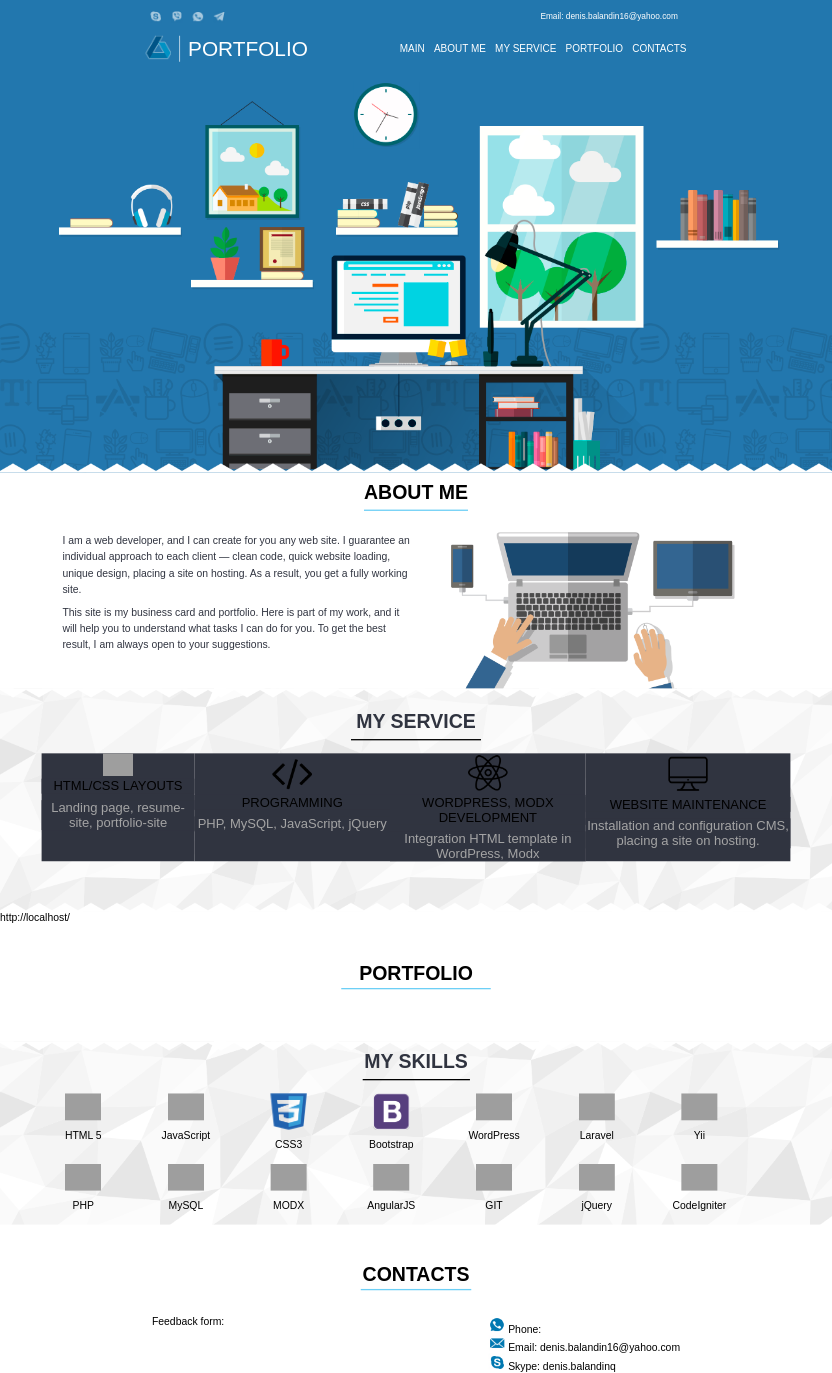
Repository: DenisBalandin/Portfolio
Page: /
An editor plug-in stored every save of this project. The page is shown before and after the next save, followed by the edit.
The browser window is 1280 px wide. The pictures show the whole page, at 65% of full size.
Pictures or frames that could not be fetched are drawn as grey boxes. The page's requests for data from a server got no answer. The project was rebuilt for these pictures with package versions that can differ from the ones it lists, and the page was loaded fresh each time. No one was signed in, and anything a server would have sent is missing. Also part of the build but not shown: src/ItemPage.js.

Above is the page before, as saved 2020-03-07 13:02:51.

### src/App.js
import React from 'react';
import './style.scss';
import ItemPage from './ItemPage';
import Home from './Home';
import Header from './Header';


import {BrowserRouter as Router,Route, Link} from 'react-router-dom';

function App(){
  return (
    <Router>
      <Header/>
      <Route exact path="/pageitem" component={ItemPage} />

      <Route exact path="/pageitem/:itemid" component={ItemPage} />
      <Route exact path="/" component={Home} />
    </Router>
  );
}

export default App;

### src/style.scss
*{padding: 0; margin: 0;}
body{font-family: Arial; min-width: 500px; }
a{text-decoration: none; color: #FFFFFF; text-decoration: none;}
li{list-style: none;}

/* Heder */
#first_page_bg{
    width:100%;
    height: 70%;
    background: #2277ae;
    header{
        width: 65%;
        margin: 0 auto 0 auto;
        .up_menu_links{
            display: flex;
            justify-content: space-between;
           padding: 2% 0 0 0;
            .social_link{
                width: 30%;
                a{

                    img{
                        width: 7%;
                    }
                    margin: 0 3% 0 3%;
                }
            }
            .email_heder{
                 width: 30%;
                margin: 0 1.5% 0 0;
                a{
                    // display: flex;
                    .email_icon{
                        // width: 15%;
                        // width: 100%;
                        img{
                            width: 100%;
                            // position: absolute;
                            margin: 0 0 0 -2%;
                            // height: 100%;
                        }
                    }
                    div{
                        margin: 0.3% -2% 0 15%;
                        font-size: 1.0vw;
                    }
                }
            }
        }
        menu{
            margin:2% 0 5% 0;
            display: flex;
            justify-content: space-between;
            flex-wrap: wrap;
            width: 100%;
            .logo{
                width: 30%;
                display: flex;
                height: 100%;
                img{
                   width: 100%;
                //    height: 100%;
                //    margin: 5% 0 0% 0;
                }
                .company_name{
                    margin: auto;
                    margin: 0% 0 0 5%;
                    // height: 90%;
                    padding: 0 0 0 5%;
                    border-left: #FFFFFF 1px solid;
                    font-size: 2.5vw;
                    // height: 100%;
                    display: table;
                    a{
                        vertical-align: middle;
                    }
                }
            }
            .menu_heder{
                padding: 1.2% 0 0 0;
                width: 53%;
                display: flex;
                justify-content: space-between;
                div{
                    display: table;
                    a{
                        font-size: 1.2vw;
                        vertical-align: middle;

                    }
                    a:hover{
                        text-decoration: underline;
                    }
                }
            }
        }
    }
}
/*Heder end*/

/*Page*/
#first_page_bg_single{ width: 100%; height: 195px; background: #2277ae; padding:0px 0 0 0; overflow: hidden;}
.bg_page_insaide_page{width: 100%; background: url("img/pattop1.png") repeat-x; height: 230px; position: relative; z-index:5;}
.deltatop_page_page{width: 100%; background: url("img/deltatop.png") repeat-x; height: 14px; position: relative; z-index: 20; margin: -13px 0 0 0;}
#content_page{
    max-width: 1200px;
    margin: 30px auto 0px auto;
    display: flex;
    flex-wrap: wrap;
    flex-direction: row;
    justify-content: space-around;
}
.content_pageh1{
    font-size: 30px;
    text-transform: uppercase;
    text-align: center;
    font-weight: bold;
    position: relative;
    margin-bottom: 30px;
    color:#303440;
    text-decoration: underline;
    padding: 40px 0 10px 0;
}
#content_page img{
    width: 100%;
    height: auto;
}
/*Page end*/
.order_site{float: right; margin: 15px 0 0 20px; width: 178px; height: 30px; border: 1px solid #6ca6cd; text-align: center; color: #ffffff; padding: 10px 0 0 0; font-size: 14px; box-shadow: 9px 8px 4px -7px #2277ae; }
.order_site:hover{background: #0298cc; cursor: pointer;}
.company_name{
    color: #ffffff;
    font-size: 45px;
    margin: -10px 0 0 15px;
}
.company_name a{color: #FFFFFF;}
.company_name a:hover{color: #FFFFFF; text-decoration: none;}
.logo_border{
    width: 1px; height: 50px; background: #FFFFFF; margin: 0 10px 0 25px;
}
.content_description{
    max-width: 750px;
    height: 60px;
    float: left;
    font-size: 14px;
    color: #303440;
    margin: 0 0px 0 0;
}
.tools{ font-size: 15px; color: #303440; padding: 0 0 0 0px; }
.content_link{font-size: 15px; color: #303440; margin:0px 0 20px 0;}
.content_link a{color: #303440; text-decoration: underline;}
.content_link a:hover{text-decoration: none;}
.content_text{
    width: 80%;
    background: #fff;
    border: 1px solid #59759b;
    overflow: hidden;
    margin: 0 auto 0 auto;
}
.content_text img{
    width: 100%!important;
    height: 50%!important;
}
.web_line{ background:url("img/web_line.jpg")no-repeat;  display: inline-block; height: 69px; max-width: 1150px; margin: 0 0 -5px 0; border-right: 1px solid #59759b; border-left: 1px solid #59759b; border-top: 1px solid #59759b;}
.content_url{float: left; margin: 40px 0 0 160px;}
.content_url a{color: #585353;}
/*Links end*/
.flex-container {
    display: flex;
    flex-direction:  row-reverse;
}
/*Top Menu*/
.heder_menu{
    display: flex;
}
.top_menu{
    margin: 20px 0;
    display: flex;
    flex-direction:row;
}
/*Page bg*/
.page_bg{
    margin: -10px auto 0 auto;
}
.bg_page_insaide{width: 100%; background: url("img/pattop.png") repeat-x;  position: relative; z-index:5; background-position: bottom;
    display: flex;
    flex-direction: column;
}
.bg_page_insaide_single{width: 100%; margin: 15px 0 0 0; background: url("img/pattop.png") repeat-x; height: 130px; position: relative; z-index:5;}
.deltatop_page{width: 100%; background: url("img/deltatop.png") repeat-x; height: 14px; position: relative; z-index: 20; margin: -14px 0 0 0;}
/*Page bg end*/

/*About me*/
#about_me{
    width: 85%;
    margin:  1% auto 0% auto;
    h1{
        font-size: 30px;
        text-transform: uppercase;
        margin: 0 auto 2% auto;
        font-weight: bold;
        position: relative;
        border-bottom: 2px solid #6dcff6;
        width: 160px;
        padding: 0 0 10px 0;
    }
    .about_me_content{
    display: inline-block;
    height: 40%!important;

        p{
            box-sizing: border-box;
            font-size: 20px "Roboto";
            line-height: 25px;
            color: #303440; margin: 1% 0 1% 0;
        }
        img{
            // width: 30%;
            padding: 0 5% 0 5%;
            margin: 0 0 0% 0;

        }
    }
}
/*About me end*/

/*My Service*/
#my_service_bg{
    height: 100%;
    background: url("img/bgdelta.png") repeat-x;
    h3{
        font-size: 30px;
        text-transform: uppercase;
        font-weight: bold;
        color: #303440;
        width: 200px;
        text-align: center;
        margin: 20px auto 20px auto;
        border-bottom: 2px #000000 solid;
        padding: 0 0 10px 0;
    }
    .my_service_line_top{
        width: 100%;
        height: 14px;
        background: url("img/deltabottom.png") repeat-x;
    }
    .my_service_line_bottom{
        width: 100%;
        height: 14px;
        background: url("img/deltatop.png") repeat-x;
    }
    #my_service{
        width: 90%;
        margin: 0px auto 5% auto;
        display: flex;
        // flex-wrap: wrap;
         justify-content: space-between;

        div{
            background: #303440;

            text-align: center;

            // width: 30%;
            img{
                width: 20%;
                // margin:  0 auto 0 auto;
            }
            .text_1{
                text-align: center;
                // padding: 0 25px 0 25px;
                font-size: 20px;
            }
            .text_2{
                text-align: center;
                // padding: 0 25px 0 25px;
                color:#a4a4a4;
                font-size: 20px;
                // width: 300px;
            }
        }
    }
}


/*My service end*/

/*Portfolio*/
#portfolio{
    max-width: 1200px;
    margin: 0 auto 40px auto;
    display: flex;
    flex-direction:row;
    flex-wrap: wrap;
    justify-content: center;
}
.portfolioh3{
    font-size: 30px;
    text-transform: uppercase;
    text-align: center;
    font-weight: bold;
    position: relative;
    border-bottom: 2px solid #6dcff6;
    width: 230px;
    margin: 60px auto 40px auto;
    padding: 0 0 5px 0;
}
#portfolio .portfolioblock{
    border: 1px solid #bfd2e1;
    width: 368px;
    margin: 10px;
    box-shadow: 5px 5px 4px -5px #000000;
}
#portfolio div img{
    margin: -12px 0 0px 0;
    display: inline-block;
}
.p_name{
    background:#2d7eb2;
    text-align: center;
    height: 40px;
    opacity: 0.8;
    padding: 2px 20px;
    margin: 0 auto 0 auto;
}
.p_name a{
    font-size: 20px;
    color: #ffffff;
}
.p_name:hover{
    text-decoration: none;
}
/*Portfolio end*/

/*Content blog*/
#content_blog{ max-width: 1200px;  margin: 0 auto 40px auto; min-height: 300px;}
/*Content blog end*/



/*I used*/
#my_skils_bg{
    width: 100%;
    height: 100%;
    background: url("img/bgdelta.png") repeat-x;
    margin: 0 0 40px 0;
}
.my_skils_line_top{
    width: 100%;
    height: 14px;
    background: url("img/deltabottom.png") repeat-x;
}
.my_skils_line_bottom{
    width: 100%;
    height: 14px;
    background: url("img/deltatop.png") repeat-x;
}
#my_skils{
    max-width: 1200px;
    margin: 10px auto 0px auto;
    display: flex;
    flex-direction:row;
    flex-wrap: wrap;
}
#my_skils div img{}
.my_skillsh3{
    font-size: 30px;
    text-transform: uppercase;
    font-weight: bold;
    color: #303440;
    width: 165px;
    text-align: center;
    margin: 0 auto 20px auto;
    border-bottom: 2px #000000 solid;
    padding: 0 0 10px 0;
}
#my_skils div{ width: 140px; text-align: center; margin: 0 0 20px 18px;}
#my_skils div img{margin: 0 0 10px 0; width:40%;}
.about_me_img{}
.text_1{ text-align: center;}
.text_2{ text-align: center; margin: 10px 0 0 0; color:#a4a4a4; font-size: 13px;}
/*I used end*/

/*Portfolio*/
.contactsh3{
    font-size: 30px;
    text-transform: uppercase;
    text-align: center;
    font-weight: bold;
    position: relative;
    border-bottom: 2px solid #6dcff6;
    width: 170px;
    margin: 60px auto 40px auto;
    padding: 0 0 5px 0;
}
#contacts{
    max-width: 1200px;
    margin: 0 auto 0px auto;
    display: flex;
    flex-direction:row;
    flex-wrap: wrap;
    justify-content: space-around;
}
.formcont{ margin: 0 20px 0 0;}
.formcont input{border: 1px solid #dddddd; margin: 10px 0 10px 0; width: 250px; height: 30px; color: #666666; padding: 0 0 0 10px;}
.formcont textarea{border: 1px solid #dddddd; margin: 10px 0 10px 0; width: 410px; height: 70px; color: #666666; padding: 15px 0 0 10px;}
.formcont button{ background:#0298cc; height: 40px; width: 180px; color: #ffffff; font-size: 18px; border: 1px solid #6ca6cd; cursor: pointer;}
.formcont button:hover{ background:#2277ae;}
/*Portfolio end*/

/*Footer*/
#footer_bg{background: #2277ae; width: 100%; height: 100px; margin: 50px 0 0 0; }
#footer{max-width: 1200px;  margin: 10px auto 0px auto; height: 50px;}
.copyright{ color: #ffffff; margin: 25px 0 0 10px;}
.footermenu{ margin: 25px 0 0 0;}
.footermenu li{float: left; font-size: 14px; margin: 0 10px 0 10px; color: #ffffff; border-bottom: 1px solid #ffffff;}
.footermenu li:hover{border-bottom: 1px solid #2277ae;}
/*footer end*/


@media all and (max-width: 900px) {
    menu{
        display: block!important;
        .logo{
            width: 60%;
           margin: 2% auto 2% auto;
        }
        .menu_heder{
            width: 90%!important;
            margin: 2% auto 4% auto;
            a{
                font-size: 2vw!important;
            }

        }
    }
    .social_link{
        display: none
    }
    .email_heder{
        display: none
    }
    #my_service div img {
        width: 0%;
    }

    #about_me p img {
        width: 0%;
    }

    #my_skils div img {
        width: 0% !important;
    }

    #my_skils{
        justify-content: space-around!important;
    }
    #my_skils div{
        margin: 0 !important;
    }
    .top_menu{
        display: none!important;
    }
    .menu{
        margin: 10px 0 40px 0!important;
        justify-content: space-around !important;
    }
    #about_me p{
        padding: 0 30px 0 30px!important;
    }
}

### src/Home.js
import React,{Component} from 'react';
import AboutMe from './AboutMe';
import MyService from './MyService';
import MySkills from './MySkills';
import Contacts from './Contacts';
import Portfolio from './Portfolio';
import {BrowserRouter as Router,Route, Link} from 'react-router-dom';


class Home extends Component{
    render(){
        return(
            <div>
                <Router>
                    <AboutMe/>
                    <MyService/>
                    <Portfolio/>
                    <MySkills/>
                    <Contacts/>
                </Router>
            </div>
        );
    }
}
export default Home;

### src/AboutMe.js
import React from 'react';
import aboutme from './img/aboutme.png';

function AboutMe(){
    return(
        <div id="about_me">
            <h1>ABOUT ME</h1>
            <div className="about_me_content">
                <p>
                    <img className="about_me_img" align="right" src={aboutme} width="40%"/>
                    I am a web developer, and I can create for you any web site. I guarantee an individual approach to each client — clean code, quick website loading, unique design, placing a site on hosting. As a result, you get a fully working site.
                </p>
                <p>
                    This site is my business card and portfolio. Here is part of my work, and it will help you to understand what tasks I can do for you. To get the best result, I am always open to your suggestions.
                </p>
            </div>
        </div>
    );
}
export default AboutMe;

### src/MyService.js
import React from 'react';
import html_icon from './img/html_icon.png';
import code_icon from './img/code_icon.png';
import react from './img/react_icon.png';
import display_icoon from './img/display_icoon.png';

function MyService(){
    return(
        <div id="my_service_bg">
          <div className="my_service_line_top"></div>
          <h3>MY SERVICE</h3>
          <div id="my_service">
              <div>
                <img src={html_icon} />
                <div className="text_1">HTML/CSS LAYOUTS</div>
                <div className="text_2">Landing page, resume-site, portfolio-site</div>
              </div>
              <div>
                <img  src={code_icon} />
                <div className="text_1">PROGRAMMING</div>
                <div className="text_2">PHP, MySQL, JavaScript, jQuery</div>
              </div>
              <div>
                <img src={react}/>
                <div className="text_1">WORDPRESS, MODX DEVELOPMENT</div>
                <div className="text_2">Integration HTML template in WordPress, Modx</div>
              </div>
              <div>
                <img src={display_icoon}/>
                <div className="text_1">WEBSITE MAINTENANCE</div>
                <div className="text_2">Installation and configuration CMS, placing a site on hosting.</div>
              </div>
          </div>
          <div className="my_service_line_bottom"></div>
      </div>
    );
}
export default MyService;

### src/MySkills.js
import React from 'react';
import css3 from './img/css3.png';
import bootstrap from './img/bootstrap.png';

function MySkills(){
    return(
        <div id="my_skils_bg">
            <div className="my_skils_line_top"></div>
            <h3 className="my_skillsh3">My Skills</h3>
            <div id="my_skils">
                <div>
                    <img src="<?php bloginfo('template_directory'); ?>/img/html5.png" />
                    <p>HTML 5</p>
                </div>
                <div>
                    <img src="<?php bloginfo('template_directory'); ?>/img/js.png"/>
                    <p>JavaScript</p>
                </div>
                <div><img src={css3}/> <p>CSS3</p></div>
                <div><img src={bootstrap}/><p>Bootstrap</p></div>
                <div><img src="<?php bloginfo('template_directory'); ?>/img/wordpress.png"/><p>WordPress</p></div>
                <div><img src="<?php bloginfo('template_directory'); ?>/img/laravel.png"/><p>Laravel</p></div>
                <div><img src="<?php bloginfo('template_directory'); ?>/img/yii.png"/><p>Yii</p></div>
                <div><img src="<?php bloginfo('template_directory'); ?>/img/php.png"/><p>PHP</p></div>
                <div><img src="<?php bloginfo('template_directory'); ?>/img/mysql.png"/><p>MySQL</p></div>
                <div><img src="<?php bloginfo('template_directory'); ?>/img/modx.png"/><p>MODX</p></div>
                <div><img src="<?php bloginfo('template_directory'); ?>/img/angular.png"/><p>AngularJS</p></div>
                <div><img src="<?php bloginfo('template_directory'); ?>/img/git.png"/><p>GIT</p></div>
                <div><img src="<?php bloginfo('template_directory'); ?>/img/jquery.png"/><p>jQuery</p></div>
                <div><img src="<?php bloginfo('template_directory'); ?>/img/codeigniter.png"/><p>CodeIgniter</p></div>
            </div>
            <div className="my_service_line_bottom"></div>
        </div>
    );
}
export default MySkills;

### src/Contacts.js
import React from 'react';
import skype_cont from './img/skype_cont.jpg';
import mail_cont from './img/mail_cont.jpg';
import phone_cont from './img/phone_cont.png';

function Contacts(){
    return(
        <>
            <h3 className="contactsh3">CONTACTS</h3>
            <div id="contacts">
                <div className="formcont">
                    <p>Feedback form:</p>

                </div>
                <div className="contacts">
                    <div>
                    <img src={phone_cont}/> <span>Phone:</span>
                    </div>
                    <div>
                    <img src={mail_cont}/> <span>Email: denis.balandin16@yahoo.com  </span>
                    </div>
                    <div>
                    <img src={skype_cont}/> <span>Skype: denis.balandinq </span>
                    </div>
                </div>
            </div>
        </>
    );
}
export default Contacts;

### src/Portfolio.js
import React,{Component} from 'react';
import portfolioicon from './img/portfolioicon.jpg';
import { db } from "./firebase";
import ReactHtmlParser, { processNodes, convertNodeToElement, htmlparser2 } from 'react-html-parser';
import {BrowserRouter as Router,Route, Link} from 'react-router-dom';

class Portfolio extends Component{
    constructor(props){
        super(props);
        this.state = {
            pages:[]
        }
    }
    componentDidMount(){
        this.getFetch();
    }
    getFetch = () => {
        // db.collection("messages")
        // .get()
        // .then(querySnapshot => {
        //     let fullArray = [];
        //     const data = querySnapshot.docs.map(doc => doc.data());
        //     for(var int = 0; int < data.length; int++){
        //         fullArray[int] = {
        //             name: data[int].name,
        //             date:data[int].date,
        //             check:data[int].check,
        //             id: querySnapshot.docs[int].id,
        //         }
        //     }
        //     this.setState({ users: fullArray });
        // });
        fetch('http://testwoo/wp-json/wp/v2/posts')
        .then(response => response.json())
        .then(
            result => this.setState({
                pages:result
            })
        );
    }

    render(){
       return(
           <>
           {window.location.href}
            {/* <Route exact path="/"  component={Home}/> */}
            <h3 className="portfolioh3">PORTFOLIO</h3>
            <div id="portfolio">
                {this.state.pages.map((page, index)=>
                    <div className="portfolioblock">
                        {/* <Link to={`/pageitem/${page.id}`}>
                            <img src={portfolioicon}  width="368"/>
                            { ReactHtmlParser(page.excerpt.rendered)}
                        </Link>
                        <div className="p_name">
                            <a href="/pexuniverse/">{page.title.rendered}</a>
                        </div> */}
                    </div>
                )}


            </div>
        </>
       );
   }
}
export default Portfolio;

### src/firebase.js
import firebase from 'firebase';

const firebaseApp = firebase.initializeApp({
    apiKey: "AIzaSyBH21wpMVzXC2kYGnD8x1tI6ru-zdWNAqs",
    authDomain: "test-4ba23.firebaseapp.com",
    databaseURL: "https://test-4ba23.firebaseio.com",
    projectId: "test-4ba23",
    storageBucket: "test-4ba23.appspot.com",
    messagingSenderId: "597606478464",
    appId: "1:597606478464:web:6e48455407186638df2c65",
    measurementId: "G-NDR2C185V9"
});

const db = firebaseApp.firestore();

export {db};

Loaded but not shown: public/index.html (common file); src/index.js (common file); src/index.css (common file); src/serviceWorker.js (common file); src/Header.js (72 lines, source omitted)

After the next save:
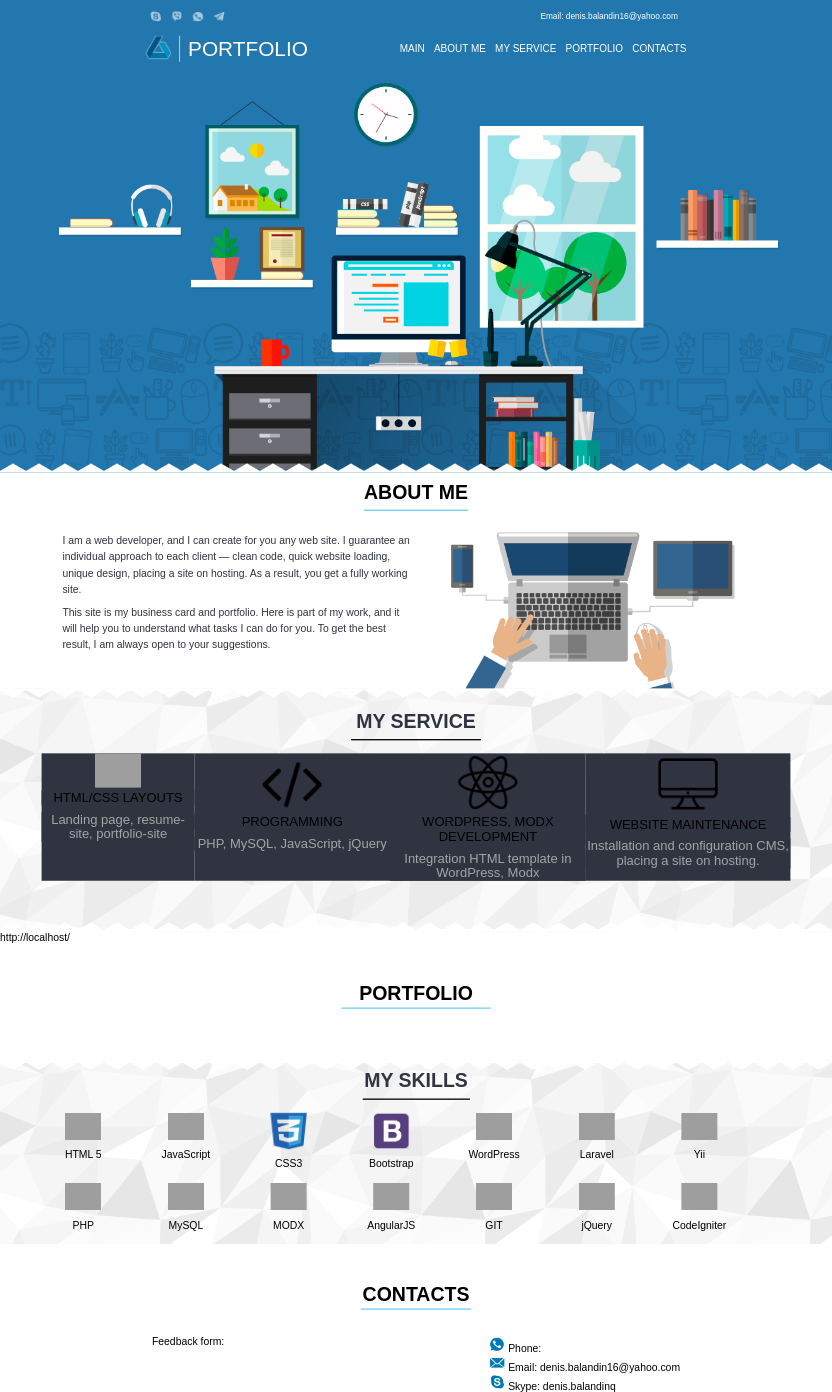
Saved 25 s later.
--- a/src/style.scss
+++ b/src/style.scss
@@ -263,8 +263,8 @@
 
             // width: 30%;
             img{
-                width: 20%;
-                // margin:  0 auto 0 auto;
+                width: 30%;
+                margin:  0 auto 0 auto;
             }
             .text_1{
                 text-align: center;
